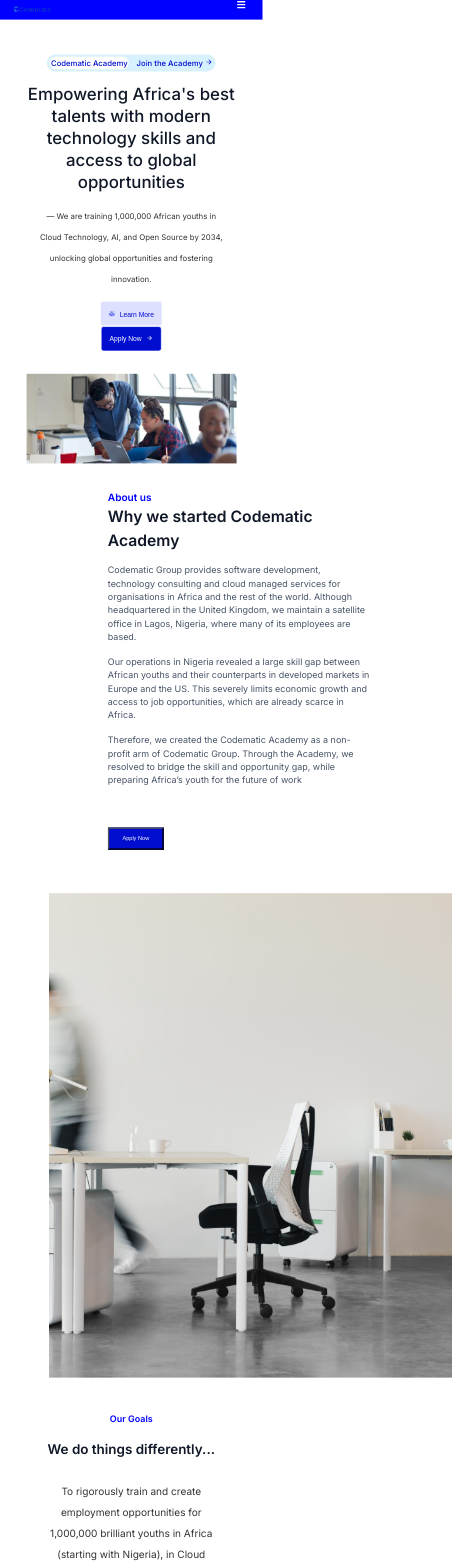
Repository: Gabriel221-dev/Codematic-page
Page: /
The author's editor kept a copy of each file at every save. The page is drawn from the files as they stood at one save, then again after the next save.
The browser window is 375 px wide. The page is 646 px wide, then 388 px, so the pictures cover 646 px, including what lies to the right of the window. The pictures show the part of the page from y = 0 to 2240 px (the page is 6179 px tall before and 5647 px after), at 70% of full size.
The project was rebuilt for these pictures with package versions that can differ from the ones it lists, and the page was loaded fresh each time. Also part of the build but not shown: vite.config.js.

Above is the page before, as saved 2024-08-08 08:21:42.

### index.html
<!doctype html>
<html lang="en">
  <head>
    <meta charset="UTF-8" />
    <link rel="icon" type="image/svg+xml" href="/Images/codematic-logo-dark-1536x351.png.png" />
    <meta name="viewport" content="width=device-width, initial-scale=1.0" />
    <style>
      @import url('https://fonts.googleapis.com/css2?family=Inter:opsz,wght@14..32,100..900&display=swap');
      </style>
    <title>Vite + React</title>
  </head>
  <body>
    <div id="root"></div>
    <script type="module" src="/src/main.jsx"></script>
  </body>
</html>

### src/App.jsx
import Home from "./pages/home";
import Header from "./components/Header";
import Footer from "./components/Footer";
import { BrowserRouter as Router, Route, Routes } from "react-router-dom";
import "./styles/global.css";

const App = () => {
  return (
    <Router>
      <Header />
      <main>
        <Routes>
          <Route path="/" element={<Home />} />
        </Routes>
      </main>
      <Footer />
    </Router>
  );
};

export default App;

### src/index.css
:root {
  font-family: "Inter", sans-serif;
  line-height: 1.5;
  font-weight: 400;
  padding: 0 ;
  margin: 0;

  /* color-scheme: light dark;
  background-color: #242424;
  background-color:turquoise; */

}

### src/components/Footer.jsx
import { Link } from "react-router-dom";
import "./Footer.css";
import { BsTwitterX } from "react-icons/bs";
import { FaLinkedin } from "react-icons/fa6";
import { FaFacebook } from "react-icons/fa";

const Footer = () => {
  return (
    <footer className="footer">
      <div>
        <container className="section-1">
          <div className="section1">
            <img
              className="footer__logo"
              src="/Images/codematic-logo-white 2.png"
              alt="Logo"
              loading="lazy"
              width="160"
            />

            <ul className="footer__navigation">
              <li className="footer__link">
                <Link className="link-anchor footer__anchor" to="">
                  About Us
                </Link>
              </li>
              <li className="footer__link">
                <Link className="link-anchor footer__anchor" to="">
                  Contact Us
                </Link>
              </li>
              <li className="footer__link">
                <Link className="link-anchor footer__anchor" to="">
                  Privacy Policy
                </Link>
              </li>
            </ul>
          </div>
        </container>
        <div className="divider"></div>
        <div className="section2">
          <div className="Left">
            <p>© 2024 Codematic. All rights reserved</p>.
          </div>
          <div className="bottom">
            <div className="icon">
              <BsTwitterX />
            </div>
            <div className="icon">
              <FaLinkedin />
            </div>
            <div className="icon">
              <FaFacebook />
            </div>
          </div>
        </div>
      </div>
    </footer>
  );
};

export default Footer;

### src/styles/global.css

* {
    padding: 0;
    margin: 0;
    box-sizing: border-box;
}

body {
    color: #333;
    background-color: white;
    padding: 0;
    margin: 0;
}

/* Navigation styling */
nav {
    padding: 0 10%;
    margin: 0;
}

content {
    max-width: 100vw; /* Prevents container from exceeding viewport width */
    overflow-x: hidden; /* Hides any overflow content */
}

### src/pages/Home.css
.Home{
    padding: 0 0;
    margin: 0 auto;
    max-width: 1500px;
}

nav {
    margin: 0 auto;
    max-width: 1500px;
    text-align: center;
}

.Home-1{
    text-align: center;
    padding-top: 3rem;
}
.mark{
    background-color:white;
    border-radius: 16px;
    border: 1px #D7F2FE;
    padding:.1rem;
    margin-right: .7rem;
    color:#010ED0;
    font-size: 11px;
    font-style: normal;
    font-weight: 500;
    line-height: 20px;
}
.academy-1{
    font-size: 11px;
    font-style: normal;
    font-weight: 500;
    line-height: 20px;
    background-color: #D7F2FE;
    border-radius:1rem;
    border: 3px #D7F2FE;
    padding: .3rem;
    text-decoration: none;
    color:#010ED0;

}
.heading-sub-1{
      text-align: center;
      padding-top: 1rem;
}
.heading-1{
    width: 45rem;
    height: 12.7rem;
    font-size: 2.8rem;
    line-height: 1.3;
    display: flex;
    justify-content: center;
    align-items: center;
    margin: 0 auto;
    font-weight: 500;
    color:#101828;
    background-color:white;

}
.sub-heading-1{
    font-size: 1.2rem;
    font-weight: 400;
    width: 470px;
    justify-content: center;
    align-items: center;
    margin: 0 auto;
    line-height: 30px;
    font-style: normal;
    padding-bottom:2.5rem ;
    /* background-color:red; */
}
.action{
    /* gap: 12px; */
    text-decoration: none;
}

.apply-heading{
    background-color:#010ED0;
    text-align: center;
    font-size: 1.1rem;
    font-weight: 400;
    margin: 0 1rem;
    padding: 16px 18px;
    border-radius: 4px;
    color:white;
    border:1px solid white;
}

.learn-heading{
    background-color: #DEE0FF;
    text-align: center;
    padding: 16px 18px;
    font-size: 1.1rem;
    font-weight: 400;
    border-radius: 4px;
    text-decoration: none;
    color:#010ED0;
    border:1px solid white;
}

.action .learn-heading i {
    text-align:center;
    align-content:center;
    width: 24px;
    height: 24px;
    padding-right: .4rem;
}

.action .apply-heading i {
    text-align:center;
    align-content:center;
    align-items:center;
    width: 24px;
    height: 24px;
    padding-left: .4rem;
}

.Home-1 img{
    background-color:none;
    width: 65rem;
    /* height: 516px; */
    /* margin: 1rem 6rem 3rem 0rem; */
}

.Home-1 .frame{
    margin: 3rem 6rem 6rem 0rem;
}

/* Tablet styles */
@media (max-width: 768px) {
    /* .Home-1{
        background-color:red;
    } */
    .heading-1 {
        width: 90%;
        font-size: 2rem;
        height: auto;
        padding: .2rem 0;
    }

    .sub-heading-1 {
        width: 80%;
        font-size: 0.8rem;
        height: auto;
        padding: 1rem 0;
    }

    .Home-1 img {
        width: 100%;
        margin: 2rem 0;
    }

    .Home-1 .frame {
        margin: 2rem 0;
    }

    .Home-1 .action {
        gap: 11px;
        width: 10rem;
        margin: 0 auto;
    }

    .Home-1 .action button{
        font-size: .6rem;
        padding: .7rem;

    }
}

/* iPhone styles */
@media (max-width: 480px) {
    .heading-1 {
        width: 100%;
        font-size: 1.5rem;
        height: auto;
    }

    .sub-heading-1 {
        width: 90%;
        font-size: 0.7rem;
        height: auto;
    }

    .apply-heading,
    .learn-heading {
        font-size: 0.5rem;
        padding: 0.4rem 0.8rem;
    }

    .Home-1 img {
        width: 100%;
        margin: 1rem 0;
    }

    .Home-1 .frame {
        margin: 1rem 0;
    }
}



.Home-2{
    max-width: 1500px;
    display: flex;
}

.leg{
    justify-content: space-between;
    display: flex;
    /* max-width: 60rem; */
}

.heading-sub-2{
    font-size: 1.4rem;
    font-style: normal;
    color: #fff;
    text-align: left;
    width: 30rem;
    text-align: left;
    height: 35rem;
    margin-right: 2rem;
    /* padding: 0 0 0 4rem; */
    /* margin: 0 0 0 4rem; */
}

.sub-heading-2{
    font-size: 1rem;
    color:blue;
    font-weight: 600;
}

.heading-2{
    font-size: 2.25rem;
    font-weight: 600;
    color:#101828;
}

.home-chair{
    flex: 1;
}

.Home-2 p{
    margin: 1rem 0;
}

.text-2{
    font-size: .9rem;
    color:#475467;
    font-weight: 400;

}

.apply-now-2{
    background-color:#010ED0;
    margin-top:2.6rem;
    padding: .6rem .7rem;
    font-size: 1rem;
    color:white;
    max-width: 8rem;
}

.apply-now-2 .i img{
    width: .2rem;
    height: 1rem;
    font-size: 1rem;
}

.Home-2 .img{
    flex: 1;
    display: flex;
    justify-content: center;
}

.Home-2 img{
    display: flex;
    align-items: center;
    text-align: left;
    height: 35rem;
    width: 33rem;
    padding: 0 0 0 2rem;
}

/* Tablet styles */
@media (max-width: 768px) {
    .leg {
        flex-direction: column;
        align-items: center;
    }

    .heading-sub-2 {
        font-size: 1.2rem;
        width: 90%;
        margin-right: 0;
        margin-bottom: 2rem;
    }

    .heading-2 {
        font-size: 1.6rem;
    }

    .text-2 {
        font-size: 0.9rem;
    }

    .apply-now-2 {
        font-size: 0.6rem;
        width: 6rem;
    }

    .Home-2 img {
        width: 100%;
        height: auto;
        margin-bottom: 2rem;
    }
}

/* iPhone styles */
@media (max-width: 480px) {
    .heading-sub-2 {
        font-size: 1rem;
        width: 100%;
        margin-right: 0;
        margin-bottom: 1rem;
    }

    .sub-heading-2 {
        font-size: 0.9rem;
    }

    .heading-2 {
        font-size: 1.4rem;
    }

    .text-2 {
        font-size: 0.8rem;
    }

    .apply-now-2 {
        font-size: 0.5rem;
        width: 5rem;
    }

    .Home-2 img {
        width: 100%;
        height: auto;
    }
}

@media (max-width:394px){
    .Home-2{
        width: auto;
    }

    .heading-sub-2{
        height: 35rem;
    }

    .Home-2 img{
        height: auto;
        width: auto;
    }
}



.Home-3{
    /* background-color:chocolate; */
    text-align: center;
    max-width: 1500px;
}



.heading-sub-3{
    padding: 5.5rem 0;
}

.sub-3{
    color:blue;
    font-size: 1rem;
    font-weight: 600;
    line-height: 24px;
}

.heading-3{
    color:#101828;
    font-size: 2.5rem;
    font-style: normal;
    font-weight: 600;
    line-height: 60px;
}

.text-3{
    font-size: 1.2rem;
    font-weight: 400;
    line-height: 30px;
    width:45rem;
    display: flex;
    margin: 0 auto;
    padding: 1rem 0;
}

.Home-3 .img3{
    margin-right: 2rem;
}

.Home-3 img{
    width: 65rem;
    margin-right: 3rem;
}

/* Tablet styles */
@media (max-width: 768px) {
    .heading-sub-3 {
        padding: 1.5rem;
    }

    .sub-3 {
        font-size: 0.9rem;
    }

    .heading-3 {
        font-size: 1.4rem;
    }

    .text-3 {
        font-size: 1rem;
        width: 90%;
    }

    .Home-3 img {
        width: 100%;
        margin-right: 0;
    }
}

/* iPhone styles */
@media (max-width: 480px) {
    .heading-sub-3 {
        padding: 1rem;
    }

    .sub-3 {
        font-size: 0.8rem;
    }

    .heading-3 {
        font-size: 1.2rem;
    }

    .text-3 {
        font-size: 0.9rem;
        width: 100%;
    }

    .Home-3 .img3 {
        margin-right: 0;
    }

    .Home-3 img {
        width: 100%;
        margin-right: 0;
    }
}



.Home-4{
    text-align: center;
    max-width: 1500px;
}

.H-4{
    padding: 1.5rem;
}
.header-sub-4{
    text-align: center;
    padding: 1rem;
}

.sub-header-4{
    font-size: 1rem;
    color:#010ED0;
    font-weight: 600;
}

.header-4{
    font-size: 2.2rem;
    font-weight: 600;
    color:#101828;
}

.text-4{
    font-size: 1.2rem;
    font-weight: 400;
    color:#475467;
}

.H-4-2 {
    display: flex;
    flex-direction: column;
    gap: 2rem;

    padding-bottom: 3rem;
  }

  .row {
    display: flex;
    box-sizing:border-box;
    justify-content: space-between;
    gap: 2rem; /* Adjust the gap between articles as needed */
  }


  .H-4-2 .part-1{
    height: 10rem;
    width: 36.5rem;
    padding: 1rem 0;
    border: 1px #2563EB dotted;
    border-radius:16px;
    /* margin-left: 3rem; */

  }
  .H-4-2 .part-2{
    height: 10rem;
    width: 36.5rem;
    padding: 1rem 0;
    border: 1px #2563EB dotted;
    border-radius:16px;
  }
  .H-4-2 .part-3{
    height: 11rem;
    width: 36.5rem;
    padding: 1rem 0;
    border: 1px #2563EB dotted;
    border-radius:10px;
    /* margin-left: 3rem; */
  }
  .H-4-2 .part-4{
    height: 11rem;
    width: 36.5rem;
    padding: 1rem 0;
    border: 1px #2563EB dotted;
    border-radius:10px;
  }

  .icon {
    font-size: 1rem;
    margin-bottom: 5px;
    text-align: center;
    color:blue;
  }

  .H-4-2 h2 {
    font-weight: 600;
    font-size: 1.1rem;
    text-align: center;
    color:#101828;
    padding: 0 .2rem;
  }

  .H-4-2 h1{
    font-weight: 400;
    font-size: .8rem;
    text-align: center;
    margin-top: 10px;
    color:#475467;
  }

/* Tablet styles */
@media (max-width: 768px) {
    .Home-4 {
        padding: 2rem;
    }

    .H-4-2 .part-3, .H-4-2 .part-1{
        margin: 0 0;
    }

    .H-4 {
        padding: 1rem;
    }

    .header-4 {
        font-size: 1.5rem;
    }

    .text-4 {
        font-size: 1rem;
    }

    .H-4-2 {
        padding: 1rem;
    }

    .row {
        flex-direction: column;
        margin: -1rem ;
        padding: 1rem;
    }

    .H-4-2 .part-1,
    .H-4-2 .part-2,
    .H-4-2 .part-3,
    .H-4-2 .part-4 {
        width: 24rem;
        padding: 1rem;
        height: auto;
        box-sizing: border-box;
    }
}

@media (max-width: 480px) {
    .Home-4 {
        padding: 1rem;
    }

    .H-4 {
        padding: 0.5rem;
    }

    .header-4 {
        font-size: 1.2rem;
    }

    .text-4 {
        font-size: 0.9rem;
    }

    .H-4-2 {
        padding: 0.5rem;
    }

    .row {
        flex-direction: column;
        gap: 10px;
    }

    .H-4-2 .part-1,
    .H-4-2 .part-2,
    .H-4-2 .part-3,
    .H-4-2 .part-4 {
        width: 23rem;
        justify-content: center;
        margin: 0 auto;
        /* padding: 1rem; */
        height: auto;
        box-sizing: border-box;

    }

    .H-4-2 h2 {
        font-size: 0.9em;
    }

    .H-4-2 h1 {
        font-size: 0.7rem;
    }

    .icon {
        font-size: 0.8em;
    }
}

@media (max-width:394px) {
    .header-sub-4{
        padding: .5rem;
    }
    .sub-header-4{
        padding: .5rem;
    }
    .header-4{
        padding: .5rem;
    }
    .H-4-2 .part-1,
    .H-4-2 .part-2,
    .H-4-2 .part-3,
    .H-4-2 .part-4 {
        width: auto;
        justify-content: center;
        margin: 0 auto;
        /* padding-left: 1rem; */
        height: auto;
        box-sizing: border-box;

    }
}

.Home-5 {
    display: flex;
    justify-content: space-between;
    align-items: center;
    padding: 3rem;
    background-color:#F9FAFB;
    text-align: center;
    max-width: 1500px;
}

.Home-5 .heading-sub-5 {
    font-style: normal;
    color: black;
    font-size: .9rem;
    text-align: left;
    height: 20rem;
    padding: 0rem auto;
    margin: 0 5rem 0 0;
    background-color:#F9FAFB;
}

.Home-5 .article{
    flex: 1;
    padding: 1rem;
}

.Home-5 .Founder{
    padding: 1.1rem;
    width: 37rem;
    box-sizing: border-box;
    height: 20rem;
}

.Home-5 .Founder h1{
    font-weight: 700;
    font-size: 2rem;
}

.Home-5 p{
    font-size: 1.05rem;
    padding: 1rem 0;
    color:#475467;
}

.Home-5 .img{
    flex: 1;
    display: flex;
    justify-content: center;
    padding: 2rem;
    margin: 2rem;
}

.Home-5 img{
    display: flex;
    align-items: center;
    text-align: left;
    height: 24rem;
    width: 25rem;
    margin: 0 0rem 0 0;
    padding: 1rem 0;
}

@media (max-width: 768px) {
    .Home-5 {
      padding: 1.5rem;
      flex-direction: column;
    }

    .Home-5 .heading-sub-5 {
      font-size: 0.8rem;
      margin: 1rem 0;

    }

    .Home-5 .Founder{
        /* padding-right:-1rem; */
        width: 100%;
    }

    .Home-5 .Founder h1 {
      font-size: 1.2rem;
    }

    .Home-5 p {
      font-size: 0.9rem;
    }

    .Home-5 .img {
      margin: 1rem 0;
    }

    .Home-5 img {

        padding-right: 3rem;
        width: 19.5rem;
        height: 15.5rem;
    }
  }

  @media (max-width: 390px) {

    section{
        padding: 2rem;
    }
    .Home-5 {
      padding: 2rem;
      flex-direction: column;
      box-sizing: border-box;
    }

    .Home-5 .heading-sub-5 {
      font-size: 0.7rem;
      margin: 0 2rem;
      box-sizing: border-box;
    }

    /* .Home-5 .Founder{
        padding: 1.1rem;
        width: auto;
        box-sizing: border-box;
        height: auto;
    } */

    .Home-5 .Founder h1 {
      font-size: 1rem;
    }

    .Home-5 p {
      font-size: 0.8rem;
      box-sizing: border-box;
    }

    .Home-5 .img {
      margin: 0.5rem 0;
      padding: 1rem;
    }

    .Home-5 img {
      max-width: 100%;
    }
  }



.Home-6{
    background-color: #F9FAFB;
    text-align: center;
    max-width: 1500px;

}

/* .big-6{
    padding-top: 2rem;
} */

.Home-6 .sub-Head-6{
    font-size: 1rem;
    color:#010ED0;
    text-align: center;
    font-weight: 600;
}

.Head-6 {
    font-size: 2rem;
    color:#101828;
    font-weight: 600;
    text-align: center;
}

.Text-6 {
    font-size: 1.1rem;
    text-align: center;
    color:#475467;
    margin-top: .5rem;
    font-weight: 400;
}

.Team-6-1{
    margin-top: 1.1rem;
    padding-bottom: 5rem;
}

.Team-6 {
    display: flex;
    justify-content: space-between;
    align-items: center;
    /* padding: 3.2rem; */
    margin: 0 0 0 0;
}

.Member-61 {
    flex: 1;
    /* padding: 1rem; */
    row-gap: 2;
}

.Member-62 {
    flex: 1;
    /* padding: 1rem; */
    row-gap: 2;
}

.Member-63 {
    flex: 1;
    /* padding: 1rem; */
    row-gap: 2;
}
.Member-61 img {
    width: 20rem;
    height: 16rem;
}

.Member-62 img {
    width: 20rem;
    height: 16rem;
    margin-top: 1.4rem;
}

.Member-63 img {
    width: 20rem;
    height: 16rem;
}

.Team-6 h2 {
    font-size: 1.05em;
    margin: 10px 0;
    font-weight: 600;
}

.Team-6 p {
    font-size: .9em;
    margin: 5px 0;
    font-weight: 400;
}

@media (max-width: 768px) {
    .Home-6 {
      padding: 1.5rem 1rem;
    }

    .big-6 {
      padding-top: 1.5rem;
    }

    .Home-6 .sub-Head-6 {
      font-size: 0.8rem;
    }

    .Head-6 {
      font-size: 1.3rem;
    }

    .Text-6 {
      font-size: 1rem;
    }

    .Team-6 {
      flex-direction: column;
    }

    .Team-6 article {
      margin: 1rem 0;
    }

    .Team-6 .Member-62{
        margin-left: 2.2rem;
    }
  }

  @media (max-width: 390px) { /* iPhone 12 Pro screen size */
    .Home-6 {
      padding: 1rem 0.5rem;
    }

    .big-6 {
      padding-top: 1rem;
    }

    .Home-6 .sub-Head-6 {
      font-size: 0.7rem;
    }

    .Head-6 {
      font-size: 1.1rem;
    }

    .Text-6 {
      font-size: 0.9rem;
      margin: 1rem 0;
    }

    .Team-6 {
      flex-direction: column;
    }

    .Team-6 article {
      margin: 0.5rem 0;
    }

    .Team-6 img {
      max-width: 100%;
    }

    .Team-6 h2 {
      font-size: 0.95rem;
    }

    .Team-6 p {
      font-size: 0.8rem;
    }

    .Team-6 article .Member-62{
        margin-left: 2rem;
    }
  }



/* .Home-7{
    padding: 2rem;
}

.Home-7 .sub-Head-7{
    margin: 3rem;
    text-align: center;
}

.Home-7 h1{
    font-size: .9rem;
    width: 34rem;
    margin: 0 auto;
}

.Home-7 h2{
    font-size: 1.55rem;
} */

/* .Home-7 .action{
    text-align: center;
    height:4rem;
    gap: 2rem;
}

.Home-7 .icon-71{
    padding:.5rem;
    color:blue;
}

.Home-7 .icon-72{
    padding:.5rem;
    color:white;
}

.icon-72-1{
    text-align: center;
    margin-top: 1rem;
} */

/* .Home-7 .action {
    display: flex;
    gap: 2rem;
    justify-content: center;
}

.Home-7 .action a {
    display: flex;
    align-items: center;
    text-decoration: none;
    color: inherit;
    padding: 0.5rem 1rem;
}

.Home-7 .action a .icon-71,
.Home-7 .action a .icon-72-1 {
    display: flex;
    align-items: center;
    align-items:center;
    margin-right: 0.5rem;
}

.Home-7.apply-heading .icon-71,
.Home-7 .learn-heading .icon-72-1 {
    font-size: 1.2rem;
} */

.Home-7 {
    padding: 6rem 0;
    text-align: center;
    max-width: 1500px;
  }

  .Home-7 .sub-Head-7 {
    margin-bottom: 2rem;
    width: 35rem;
    text-align: center;
    margin: 0 auto;
  }

  .Home-7 p {
    font-size: 1rem;
    margin: 0 0;
    font-weight: 400;
    align-self:stretch;
    color:#475467;
  }

  .Home-7 h2 {
    font-size: 2.1rem;
    margin-bottom: 1rem;
  }

.Home-7 .action{
    text-decoration: none;
    margin-top:2.5rem ;
}

.apply-heading{
    background-color:#010ED0;
    text-decoration: none;
    text-align: center;
    font-size: 1.1rem;
    font-weight: 400;
    margin: 0 1rem;
    padding: 16px 18px;
    border-radius: 4px;
    color:white;
}

.learn-heading{
    background-color: #DEE0FF;
    text-align: center;
    padding: 16px 18px;
    font-size: 1.1rem;
    font-weight: 400;
    border-radius: 4px;
    text-decoration: none;
    color:#010ED0;
}

.action .learn-heading i {
    text-align:center;
    align-content:center;
    width: 24px;
    height: 24px;
    padding-right: .4rem;
}

.action .apply-heading i {
    text-align:center;
    align-content:center;
    align-items:center;
    width: 24px;
    height: 24px;
    padding-left: .4rem;
    color:white;
}

  /* Tablet styles */
  @media only screen and (max-width: 768px) {
    .Home-7 {
      padding: 1rem;
    }

    .Home-7 h1 {
      font-size: 1.2rem;
      width: 90%;
    }

    .Home-7 h2 {
      font-size: 1.8rem;
    }

    .Home-7 .sub-Head-7{
        width: 75%;
        padding: 10% ;
    }

    .Home-7 .action {
      /* gap: 11px; */
      width: 10rem;
      margin: 0 auto;
      padding: -1rem;
    }

    .Home-7 .action button {
      justify-content: center;
      font-size: .6rem;
      padding: .1rem;
      width: 8rem;
      height: 2rem;

    }
  }

  /* Mobile styles */
  @media only screen and (max-width: 576px) {
    .Home-7 {
      padding: 1rem;
    }

    .Home-7 h1 {
      font-size: 1rem;
      width: 100%;
    }

    .Home-7 h2 {
      font-size: 1.5rem;
    }
  }

  /* Small mobile styles */
  @media only screen and (max-width: 450px) {
    .Home-7 h1 {
      font-size: 0.9rem;
    }

    .Home-7 h2 {
      font-size: 1.3rem;
    }

    .Home-7 .action{
        display: flex;
        justify-content: center;
        margin: 0 auto;
    }

    .Home-7 .apply-heading{
        width: 4rem;
    }

    .Home-7 .learn-heading{
        width: 4.1rem;
        margin-left:1rem ;
        height: 1rem;
    }
  }

### src/components/Footer.css
.footer {
    background-color: rgb(4, 4, 55);
    padding: 0 0;
    position: relative;
    text-align: center;
    max-width: 1500px;
}

.footer__logo {
    display: block;
    margin: 0 auto;
}

.footer__navigation {
    list-style: none;
    font-size: 0.8rem;
    padding: 0;
    display: flex;
    justify-content: center;
    margin: 1rem 0;
}

.footer__link {
    margin: 0 1rem;
}

.footer__anchor {
    text-decoration: none;
    color: white;
}

.section1 {
    text-align: center;
    padding: 2rem 0;
}

.section2 {
    position: relative;
    display: flex;
    justify-content: space-between;
    align-items: flex-end;
    padding: 1rem;
    height: 50px;
}

.footer p{
    color:#D0D5DD;
}


.footer .bottom {
    display: flex;
    gap: 1rem;
    /* padding-left: 1rem; */
    margin-bottom: 2rem;
}

.footer .icon {
    font-size: 1.5rem;
    display: flex;
    color:#D0D5DD;
}

.divider {
    width: 100%;
    border-bottom: 1px solid #000;
    margin: 2rem 0;
}

/* Tablet Screen Styles */
@media (max-width: 768px) {
    .footer__navigation {
      flex-direction: column;
      align-items: center;
      font-size: 0.9rem;
    }

    .footer__link {
      margin: 0.5rem 0;
    }

    .section2 {
      flex-direction: column;
      align-items: center;
      height: auto;
      text-align: center;
    }

    .footer .bottom {
      margin-top: 1rem;
    }
  }

  /* iPhone Screen Styles */
  @media (max-width: 480px) {
    .footer__navigation {
      font-size: 1rem;
    }

    .footer .icon {
      font-size: 1.2rem;
    }

    .footer__logo {
      width: 120px;
    }

    .footer p {
      font-size: 0.8rem;
    }

    .section2 {
      padding: 1rem 0;
    }
  }

### src/components/Sidebar.css
.sidebar {
    display: none;
    width: 100%;
    height: 100%;
    position: fixed;
    top: 0;
    left: 0;
    z-index: 100;
    transition: all 0.3s ease;
  }

  .sidebar--open {
    display: grid;
    grid-template-columns: 1fr min-content;
  }

  .sidebar__overlay {
    grid-column: 1 / -1;
    grid-row: 1 / 2;
    background-color: rgba(0, 0, 0, 0.5);
    transition: background-color 0.3s ease;

  }

  .sidebar__content {
    grid-column: 2 / 3;
    grid-row: 1 / 2;
    background-color: blue;
    width: 250px;
    display: grid;
    grid-template-rows: 128px repeat(2, min-content);
    grid-template-columns: 48px 1fr 25px;
    transition: width 0.3s ease;
    transition: width .4s ease;

  }

  .sidebar__header {
    grid-column: 2 / 3;
    justify-self: end;
    align-self: center;
  }

  .sidebar__close {
    background-color:#194c4c ;
    width: 30px;
    border: 0;
    outline: 0;
  }

  .sidebar__close:hover{
    background-color:#194c4c;
  }

  .sidebar__navigation {
    grid-column: 2 / 3;
    list-style: none;
    margin: 0;
    padding: 0;
  }

  .sidebar__link {
    margin-bottom: 2.4rem;
  }

  .sidebar__anchor {
    font-size: 1.1rem;
    color: #fff;
    background: transparent;
    border: none;
    text-decoration: none;
    cursor: pointer;
  }

  .sidebar__anchor:hover{
    background:none;
  }

  .sidebar__btn {
    grid-column: 2 / 3;
    background-color: transparent;
    border: 1px solid #fff;
    color: #fff;
    padding: 0.5rem 1rem;
    text-decoration: none;
    display: inline-block;
    cursor: pointer;
    width: 159px;
  }

  .sidebar__btn:hover{
    background:white;
    color:#194c4c;
    transform: scale(1.05);
    transition: transform 0.3s ease-in-out, border-bottom 0.6s ease;
  }

  .sidebar--open .sidebar__overlay {
    background-color: rgba(0, 0, 0, 0.5);
  }

  .sidebar--open .sidebar__content {
    width: 250px;
  }

  @media (max-width: 768px) {
    .header__menu {
      display: grid;
      background-color: transparent;
      /* width: 24px; */
      border: 0;
      outline: 0;
      justify-self: end;
      align-self: center;
      margin-left: auto;
    }
  }

Loaded but not shown: src/main.jsx (common file); src/pages/home.jsx (274 lines, source omitted); src/components/Header.jsx (112 lines, source omitted); src/components/Header.css (177 lines, source omitted); src/components/Sidebar.jsx (80 lines, source omitted)

After the next save:
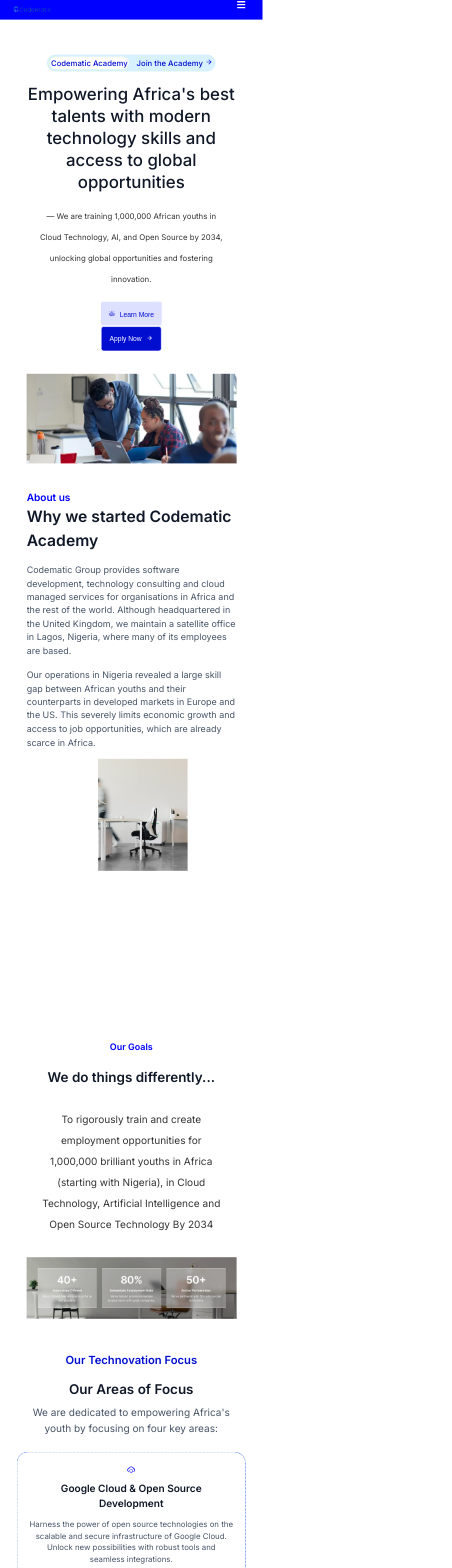
Saved 21 s later.
--- a/src/pages/Home.css
+++ b/src/pages/Home.css
@@ -356,8 +356,8 @@
     }
 
     .Home-2 img{
-        height: auto;
-        width: auto;
+        height: 10rem;
+        width: 10rem;
     }
 }
 
